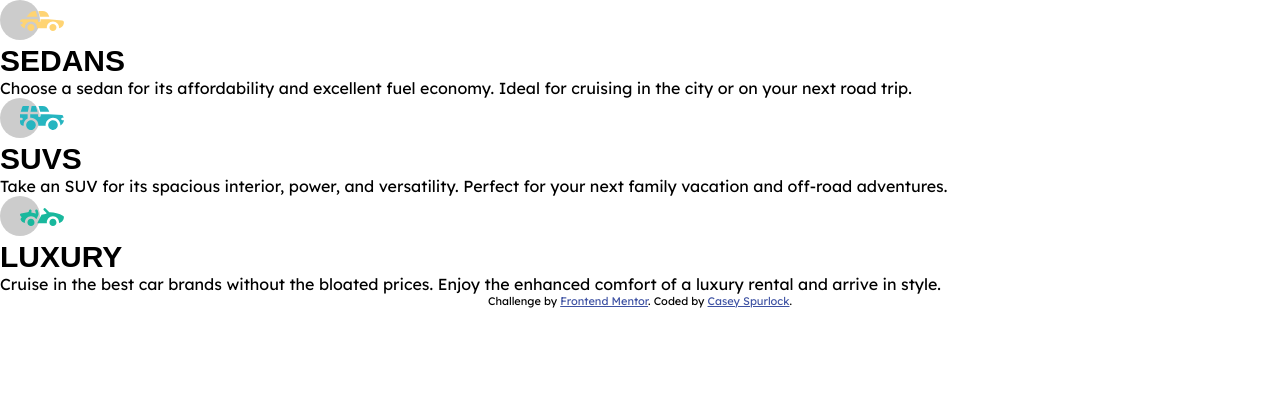
Repository: CaseySpurlock/3-column-preview-card-component-main
Page: index.html
An editor plug-in stored every save of this project. The page is shown before and after the next save, followed by the edit.
The browser window is 1280 px wide. The pictures show the whole page.

Above is the page before, as saved 2021-06-23 10:20:31.

After the next save:
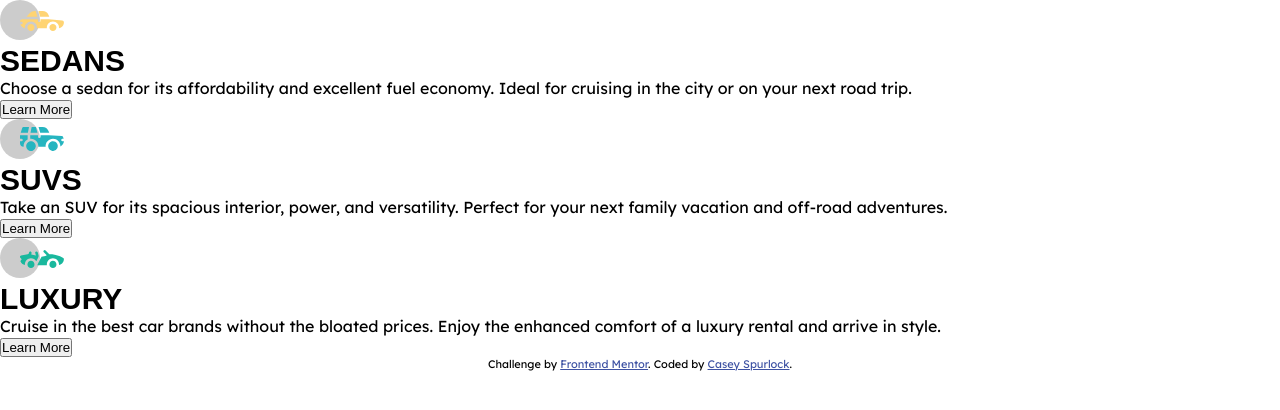
Saved 3 min 13 s later.
--- a/index.html
+++ b/index.html
@@ -23,6 +23,7 @@
       <h3>Sedans</h3>
       <p>Choose a sedan for its affordability and excellent fuel economy. Ideal for cruising in the city
         or on your next road trip.</p>
+        <button class="btn">Learn More</button>
     </div>
 
     <div class="card">
@@ -30,6 +31,7 @@
       <h3>SUVs</h3>
       <p>Take an SUV for its spacious interior, power, and versatility. Perfect for your next family vacation
         and off-road adventures.</p>
+        <button class="btn">Learn More</button>
     </div>
 
     <div class="card">
@@ -37,6 +39,7 @@
       <h3>Luxury</h3>
       <p>Cruise in the best car brands without the bloated prices. Enjoy the enhanced comfort of a luxury
       rental and arrive in style.</p>
+      <button class="btn">Learn More</button>
     </div>
   </div>
 
